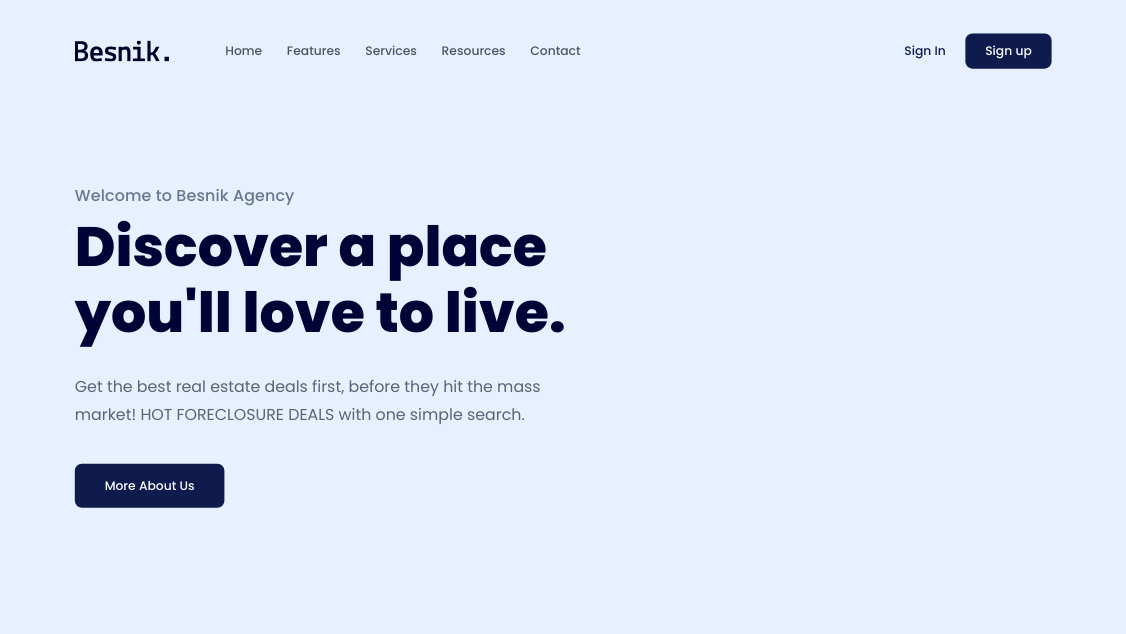
Repository: jessicapaa/F8-Project-01
Page: index.html
These files come from the project's save history. The page is drawn as it stood at one moment and after the next save; the edit follows.
The browser window is 1280 px wide. The pictures show the whole page, at 88% of full size.

Above is the page before, as saved 2024-03-08 07:30:05.

### index.html
<!DOCTYPE html>
<html lang="en">

<head>
    <meta charset="UTF-8">
    <meta name="viewport" content="width=device-width, initial-scale=1.0">
    <title>F8-Project-01</title>
    <link rel="stylesheet" href="./assets/css/reset.css">
    <link rel="stylesheet" href="./assets/fonts/stylesheet.css">
    <link rel="stylesheet" href="./assets/css/styles.css">
</head>

<body>
    <!-- main -->
    <main>

        <!-- header -->
        <header class="header">
            <div class="content">
                <nav class="navbar">
                    <!-- logo -->
                    <img src="./assets/img/logo.svg" alt="Besnik.">

                    <!-- navigation -->
                    <ul>
                        <li><a href="#!">Home</a></li>
                        <li><a href="#!">Features</a></li>
                        <li><a href="#!">Services</a></li>
                        <li><a href="#!">Resources</a></li>
                        <li><a href="#!">Contact</a></li>
                    </ul>

                    <!-- Action -->
                    <div class="actions">
                        <a href="#!" class="action-link">Sign In</a>
                        <a href="#!" class="btn action-btn">Sign up</a>
                    </div>
                </nav>
                <div class="hero">
                    <div class="info">
                        <p class="sub-title">Welcome to Besnik Agency</p>
                        <h1 class="title">Discover a place
                            you'll love to live.</h1>
                        <p class="desc">Get the best real estate deals first,
                            before they hit the mass market! HOT FORECLOSURE DEALS with one simple search.</p>
                        <a href="#!" class="btn hero-btn">More About Us</a>
                    </div>
                </div>
            </div>

        </header>
    </main>
</body>

</html>

### assets/fonts/stylesheet.css
@font-face {
    font-family: "Poppins";
    src: url("Poppins/Poppins-BlackItalic.woff2") format("woff2"),
        url("Poppins/Poppins-BlackItalic.woff") format("woff");
    font-weight: 900;
    font-style: italic;
    font-display: swap;
}

@font-face {
    font-family: "Poppins";
    src: url("Poppins/Poppins-Black.woff2") format("woff2"),
        url("Poppins/Poppins-Black.woff") format("woff");
    font-weight: 900;
    font-style: normal;
    font-display: swap;
}

@font-face {
    font-family: "Poppins";
    src: url("Poppins/Poppins-BoldItalic.woff2") format("woff2"),
        url("Poppins/Poppins-BoldItalic.woff") format("woff");
    font-weight: bold;
    font-style: italic;
    font-display: swap;
}

@font-face {
    font-family: "Poppins";
    src: url("Poppins/Poppins-ExtraBold.woff2") format("woff2"),
        url("Poppins/Poppins-ExtraBold.woff") format("woff");
    font-weight: bold;
    font-style: normal;
    font-display: swap;
}

@font-face {
    font-family: "Poppins";
    src: url("Poppins/Poppins-ExtraBoldItalic.woff2") format("woff2"),
        url("Poppins/Poppins-ExtraBoldItalic.woff") format("woff");
    font-weight: bold;
    font-style: italic;
    font-display: swap;
}

@font-face {
    font-family: "Poppins";
    src: url("Poppins/Poppins-ExtraLight.woff2") format("woff2"),
        url("Poppins/Poppins-ExtraLight.woff") format("woff");
    font-weight: 200;
    font-style: normal;
    font-display: swap;
}

@font-face {
    font-family: "Poppins";
    src: url("Poppins/Poppins-ExtraLightItalic.woff2") format("woff2"),
        url("Poppins/Poppins-ExtraLightItalic.woff") format("woff");
    font-weight: 200;
    font-style: italic;
    font-display: swap;
}

@font-face {
    font-family: "Poppins";
    src: url("Poppins/Poppins-Light.woff2") format("woff2"),
        url("Poppins/Poppins-Light.woff") format("woff");
    font-weight: 300;
    font-style: normal;
    font-display: swap;
}

@font-face {
    font-family: "Poppins";
    src: url("Poppins/Poppins-Italic.woff2") format("woff2"),
        url("Poppins/Poppins-Italic.woff") format("woff");
    font-weight: normal;
    font-style: italic;
    font-display: swap;
}

@font-face {
    font-family: "Poppins";
    src: url("Poppins/Poppins-Medium.woff2") format("woff2"),
        url("Poppins/Poppins-Medium.woff") format("woff");
    font-weight: 500;
    font-style: normal;
    font-display: swap;
}

@font-face {
    font-family: "Poppins";
    src: url("Poppins/Poppins-MediumItalic.woff2") format("woff2"),
        url("Poppins/Poppins-MediumItalic.woff") format("woff");
    font-weight: 500;
    font-style: italic;
    font-display: swap;
}

@font-face {
    font-family: "Poppins";
    src: url("Poppins/Poppins-LightItalic.woff2") format("woff2"),
        url("Poppins/Poppins-LightItalic.woff") format("woff");
    font-weight: 300;
    font-style: italic;
    font-display: swap;
}

@font-face {
    font-family: "Poppins";
    src: url("Poppins/Poppins-Regular.woff2") format("woff2"),
        url("Poppins/Poppins-Regular.woff") format("woff");
    font-weight: normal;
    font-style: normal;
    font-display: swap;
}

@font-face {
    font-family: "Poppins";
    src: url("Poppins/Poppins-SemiBold.woff2") format("woff2"),
        url("Poppins/Poppins-SemiBold.woff") format("woff");
    font-weight: 600;
    font-style: normal;
    font-display: swap;
}

@font-face {
    font-family: "Poppins";
    src: url("Poppins/Poppins-SemiBoldItalic.woff2") format("woff2"),
        url("Poppins/Poppins-SemiBoldItalic.woff") format("woff");
    font-weight: 600;
    font-style: italic;
    font-display: swap;
}

@font-face {
    font-family: "Poppins";
    src: url("Poppins/Poppins-Thin.woff2") format("woff2"),
        url("Poppins/Poppins-Thin.woff") format("woff");
    font-weight: 100;
    font-style: normal;
    font-display: swap;
}

@font-face {
    font-family: "Poppins";
    src: url("Poppins/Poppins-ThinItalic.woff2") format("woff2"),
        url("Poppins/Poppins-ThinItalic.woff") format("woff");
    font-weight: 100;
    font-style: italic;
    font-display: swap;
}

### assets/css/styles.css
* {
    box-sizing: border-box;
}
html {
    font-size: 62.5%;
}
:root {
    --primary-color: #0f1b4c;
}
body {
    font-size: 1.6rem;
    /* font-family: ; */
    font-family: "Poppins";
}
/* common */
.content {
    width: 1110px;
    max-width: calc(100% - 48px);
    margin-left: auto;
    margin-right: auto;
}

a {
    text-decoration: none;
}

.btn {
    display: inline-block;
    min-width: 98px;
    background: var(--primary-color);
    border-radius: 8px;
    font-size: 1.4rem;
    font-weight: 500;
    text-align: center;
    color: #fff;
    padding: 18px 16px;
}
.btn:hover {
    opacity: 0.9;
}

/* css header */
.header {
    height: 100vh;
    background: #e6f0ff;
}

.navbar {
    display: flex;
    align-items: center;
    padding-top: 38px;
}

.navbar ul {
    display: flex;
    margin-left: 50px;
}

.navbar .actions {
    margin-left: auto;
}

.navbar ul a {
    font-weight: 500;
    font-size: 1.4rem;
    color: #4f5361;
    padding: 8px 14px;
}

.navbar .action-link {
    font-weight: 500;
    font-size: 1.4rem;
    color: var(--primary-color);
}

.navbar .action-btn {
    padding: 13px 16px;
    margin-left: 18px;
}

/* css hero */

.hero {
    margin-top: 130px;
}
.hero .info {
    width: 51%;
}

.hero .sub-title {
    color: #687690;
    font-size: 1.8rem;
    font-weight: 500;
    line-height: 1.5;
    letter-spacing: 0.018rem;
}

.hero .title {
    margin-top: 8px;
    font-weight: 700;
    font-size: 6.3rem;
    line-height: 1.19; /* 118.75% */
    color: #000336;
}

.hero .desc {
    margin-top: 30px;
    color: #5a6473;
    font-size: 1.8rem;
    font-weight: 400;
    line-height: 3.2rem; /* 177.778% */
    transform: capitalize;
}
.hero-btn {
    margin-top: 40px;
    min-width: 17rem;
    text-align: center;
}

Loaded but not shown: assets/css/reset.css (common file)

After the next save:
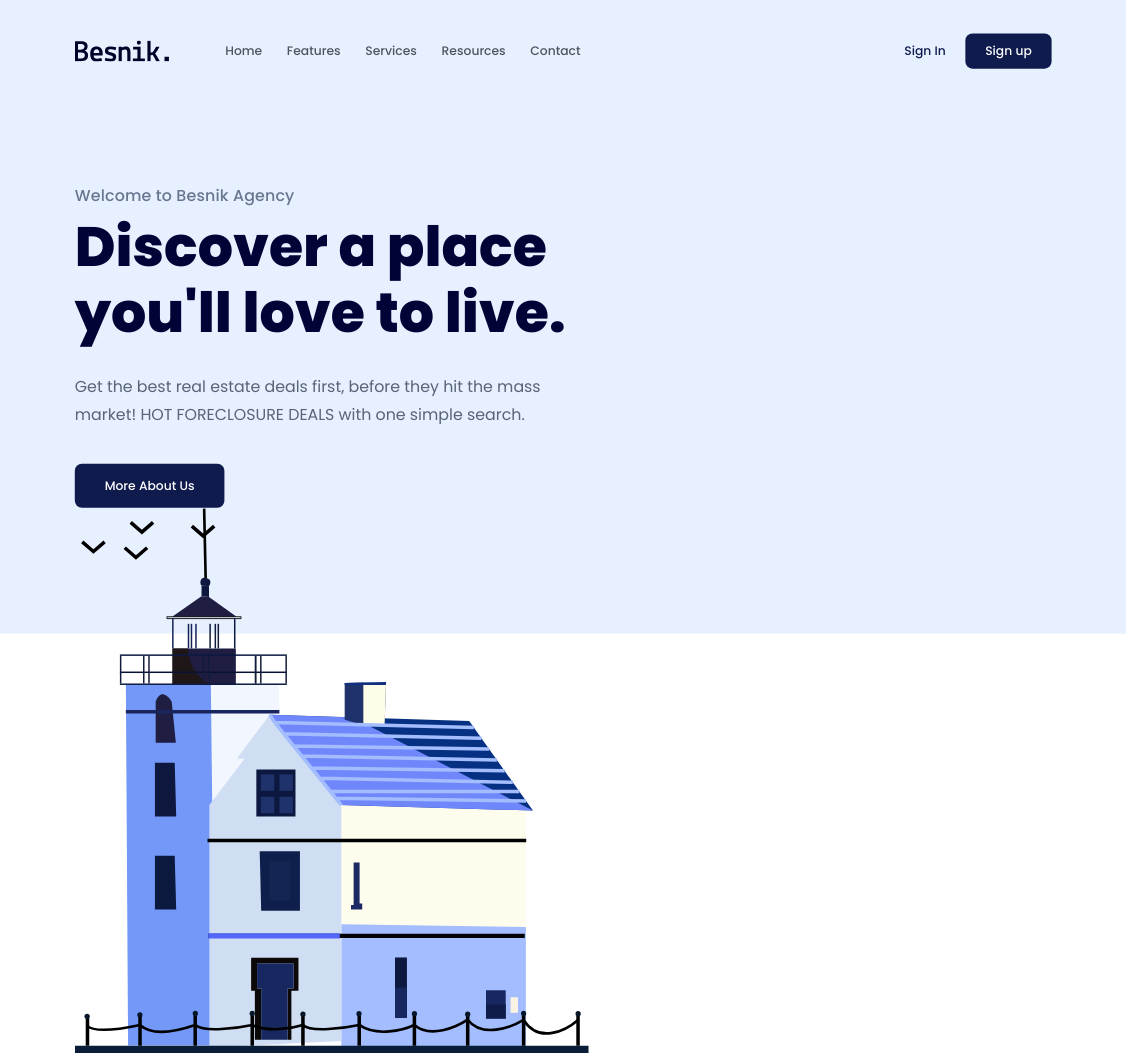
Saved 65 min 21 s later.
--- a/index.html
+++ b/index.html
@@ -37,14 +37,19 @@
                     </div>
                 </nav>
                 <div class="hero">
+                    <!-- info  -->
                     <div class="info">
                         <p class="sub-title">Welcome to Besnik Agency</p>
                         <h1 class="title">Discover a place
-                            you'll love to live.</h1>
+                            you'll love to live.
+                        </h1>
                         <p class="desc">Get the best real estate deals first,
                             before they hit the mass market! HOT FORECLOSURE DEALS with one simple search.</p>
                         <a href="#!" class="btn hero-btn">More About Us</a>
                     </div>
+
+                    <!-- img  -->
+                    <img src="./assets/img/hero-img.svg" class="hero-img" alt="H">
                 </div>
             </div>
 
